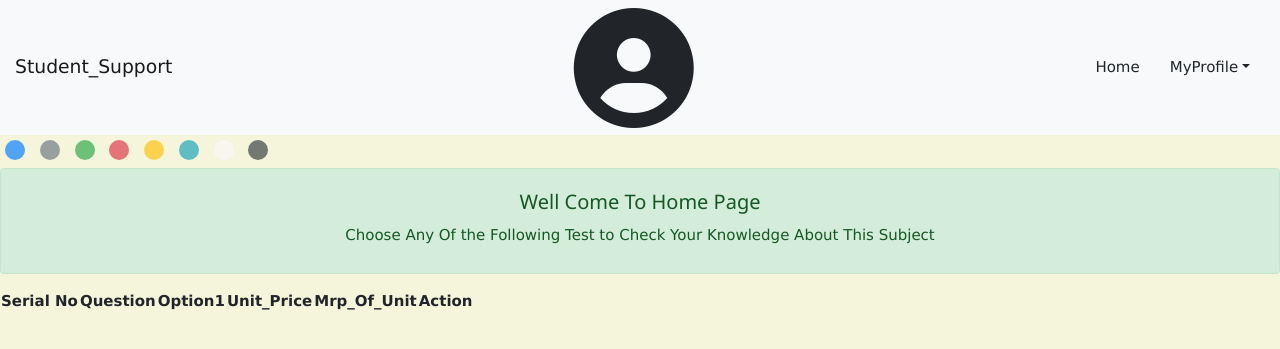
Repository: FeelHack/STUDENT-EXAMINATION-SYSTEM
Page: http://localhost/Exam_System/Admin/ViewQuestion.jsp
An editor plug-in stored every save of this project. The page is shown before and after the next save, followed by the edit.
The browser window is 1280 px wide. The pictures show the whole page.
Some web libraries are served in a nearby version. The page is served by Tomcat 9.

Above is the page before, as saved 2020-03-10 08:52:32.

After the next save:
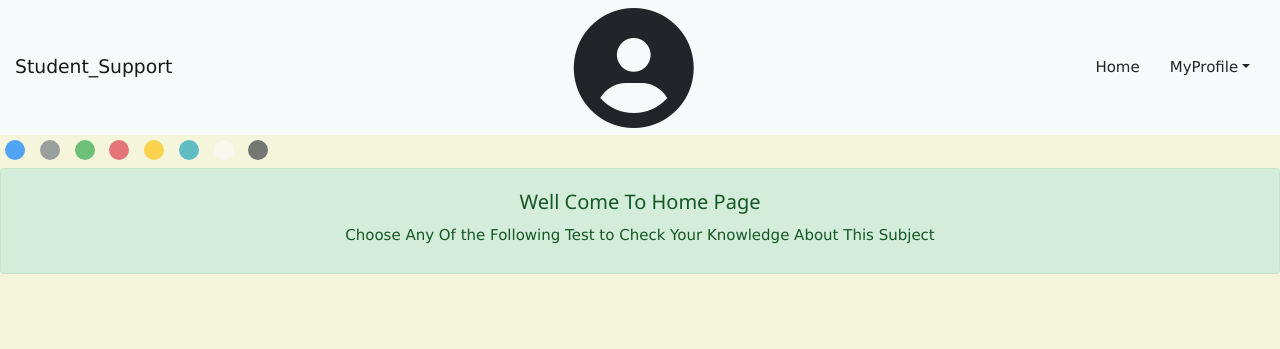
Saved 38 s later.
--- a/Exam System/WebContent/Admin/ViewQuestion.jsp
+++ b/Exam System/WebContent/Admin/ViewQuestion.jsp
@@ -13,17 +13,6 @@
 <body>
          <jsp:include page="../homeHeader.jsp"></jsp:include>
 
-
-         <table>
-                <tr>
-            		 <th>Serial No </th>
-            		 <th>Question</th>
-            		 <th>Option1</th>
-            		 <th>Unit_Price</th>
-            	     <th>Mrp_Of_Unit</th>
-            		 <th>Action</th>
-               </tr>
-
          <%
          Connection con=ConnectionClass.createConnection();
          String qry="select *from Question";
